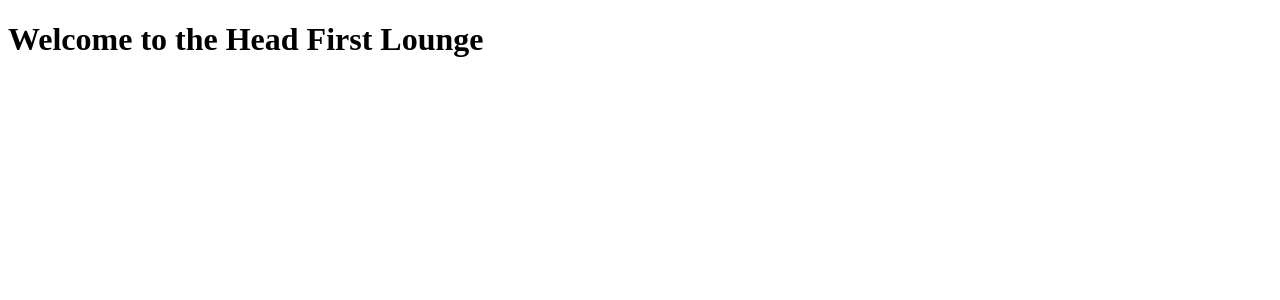
Repository: snowcuphea/webwork_class
Page: clientweb/WebContent/html/lounge.html
An editor plug-in stored every save of this project. The page is shown before and after the next save, followed by the edit.
The browser window is 1280 px wide. The pictures show the whole page.

Above is the page before, as saved 2019-12-31 07:11:44.

### clientweb/WebContent/html/lounge.html
<!DOCTYPE html>
<html>
<head>
<meta charset="UTF-8">
<title>Lounge</title>
</head>
<body>
	<h1>Welcome to the Head First Lounge</h1>

</body>
</html>

After the next save:
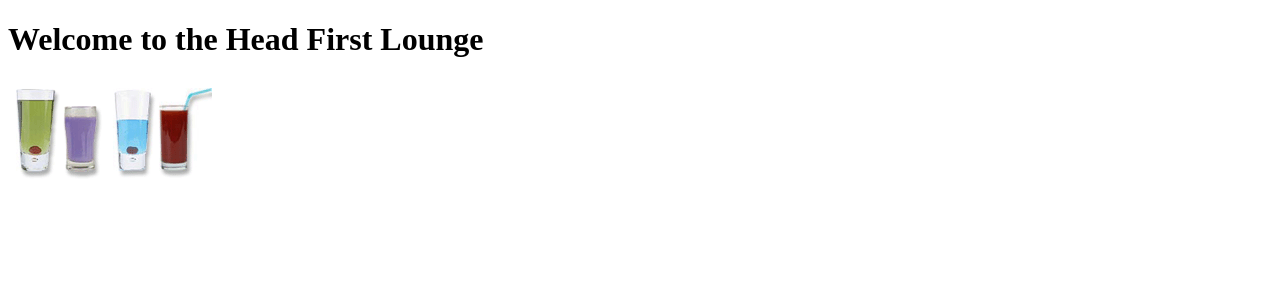
Saved 71 s later.
--- a/clientweb/WebContent/html/lounge.html
+++ b/clientweb/WebContent/html/lounge.html
@@ -6,6 +6,7 @@
 </head>
 <body>
 	<h1>Welcome to the Head First Lounge</h1>
+	<img src = "/images/drinks.gif" >
 
 </body>
 </html>
